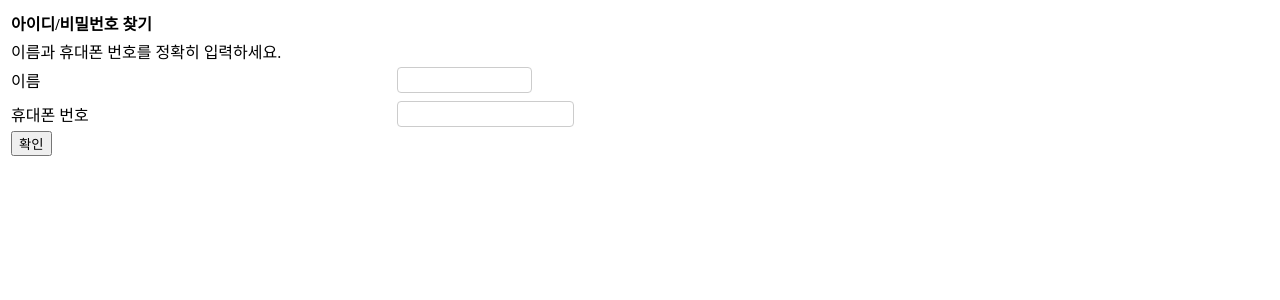
Repository: ekgus419/hckj
Page: http://localhost/Railro/findMyIdPwd.jsp
An editor plug-in stored every save of this project. The page is shown before and after the next save, followed by the edit.
The browser window is 1280 px wide. The pictures show the whole page.
The page is served by Tomcat 9. Nobody is signed in. The application's start-up code is not run.

Above is the page before, as saved 2016-08-20 05:14:20.

After the next save:
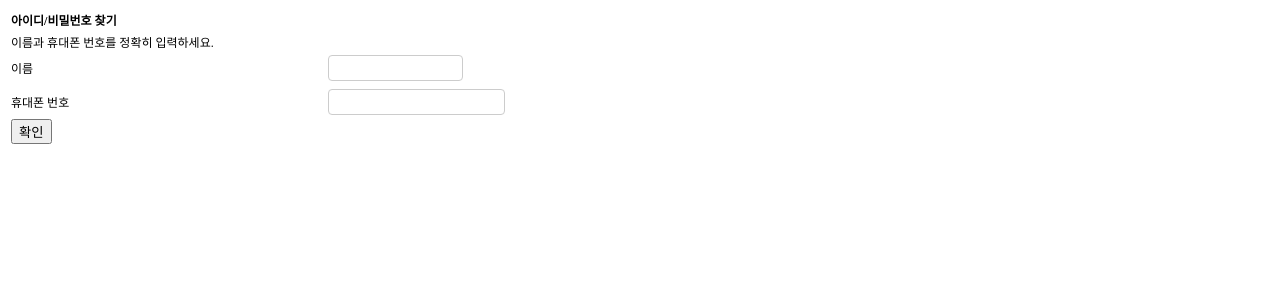
Saved 12 s later.
--- a/Railro/src/main/webapp/findMyIdPwd.jsp
+++ b/Railro/src/main/webapp/findMyIdPwd.jsp
@@ -26,7 +26,7 @@ function formSubmit(){
 }
 </script>
 <style>
-form{
+table{
 	font-size: 12px;
 }
 
